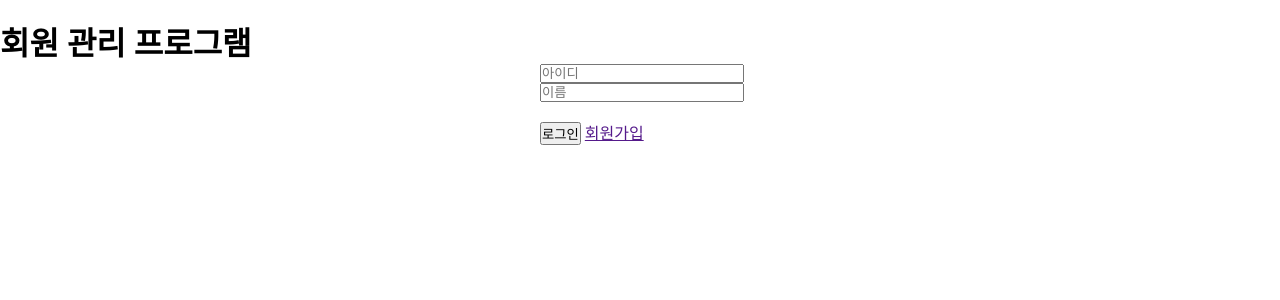
Repository: soeun1365/ServerProgram1
Page: http://localhost/ServerProgram1/login.jsp
An editor plug-in stored every save of this project. The page is shown before and after a run of saves, followed by the edit.
The browser window is 1280 px wide. The pictures show the whole page.
The page is served by Tomcat 9. Other server files are loaded and not shown.

Above is the page before, as saved 2021-06-14 06:29:46.

### ServerProgram1/WebContent/login.jsp
<%@ page language="java" contentType="text/html; charset=UTF-8"
    pageEncoding="UTF-8"%>
<!DOCTYPE html>
<html>
<head>
	<meta charset="UTF-8">
	<title>login</title>
	<style>
		*{
			padding: 0;
			margin: 0 auto;
		}
		form, input{
			width: 200px;
		}
	</style>
</head>
<body>

	<br>
	<h1>회원 관리 프로그램</h1>
	<form>

		<input type="text" placeholder="아이디"><br>
		<input type="text" placeholder="이름"><br>
		<br>
		<button>로그인</button>
		<a href="">회원가입</a>
	</form>
</body>
</html>

After the next 2 saves:
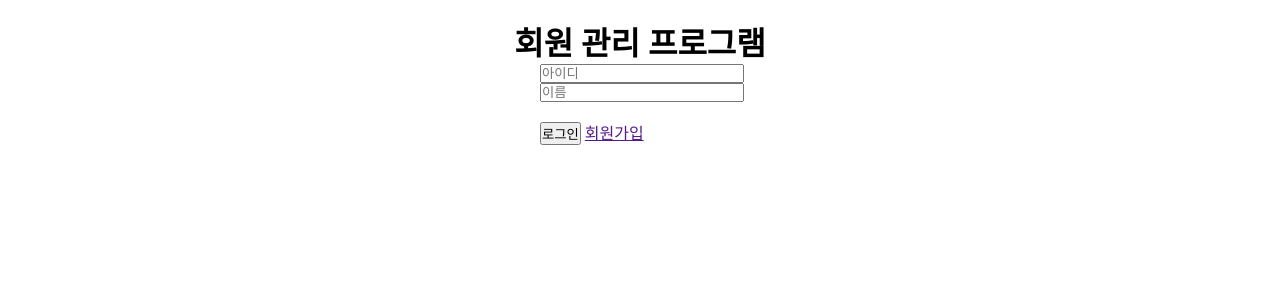
The 2 saves are shown as one change because they came seconds apart.
The last was saved 16 s later.
--- a/ServerProgram1/WebContent/login.jsp
+++ b/ServerProgram1/WebContent/login.jsp
@@ -9,6 +9,9 @@
 		*{
 			padding: 0;
 			margin: 0 auto;
+		}
+		h1{
+			text-align: center;
 		}
 		form, input{
 			width: 200px;
